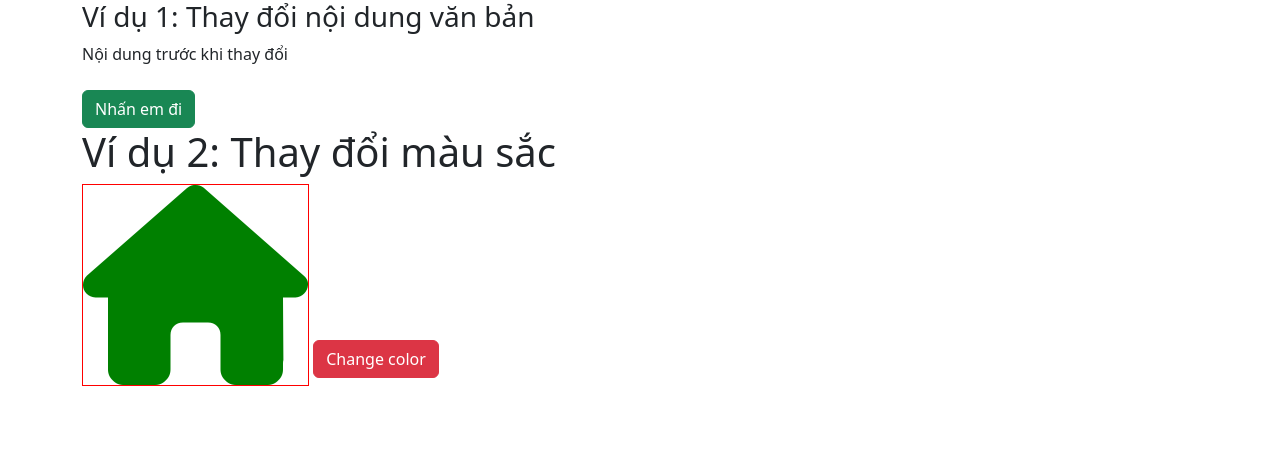
Repository: hcozyph/cyberSoft_JS_fulldocs
Page: JS_2/index.html
These files come from the project's save history. The page is drawn as it stood at one moment and after the next save; the edit follows.
The browser window is 1280 px wide. The pictures show the whole page.
After loading, the first visible `button.btn-danger` was clicked once.

Above is the page before, as saved 2023-01-21 19:04:36.

After the next save:
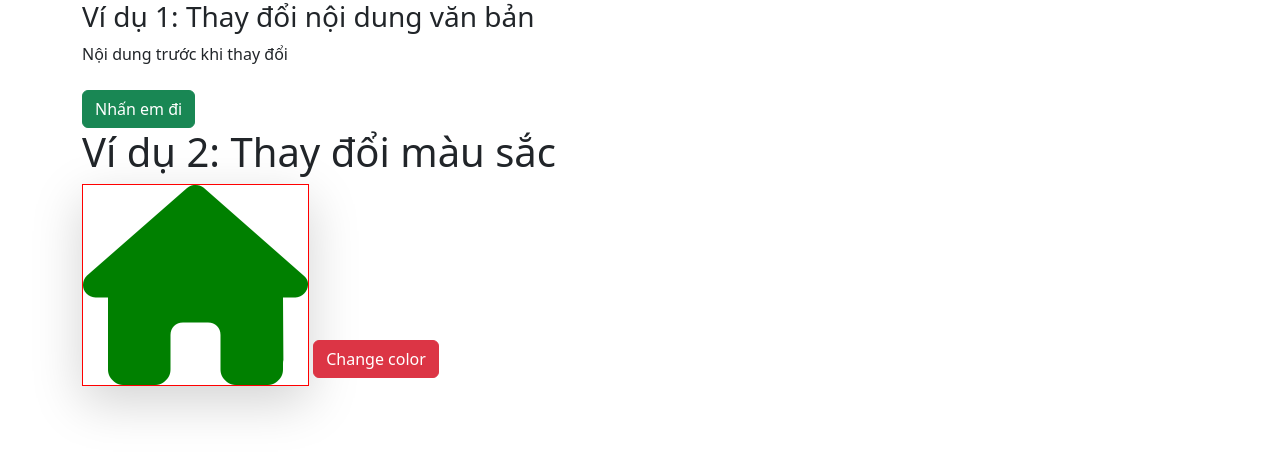
Saved 39 s later.
--- a/JS_2/index.js
+++ b/JS_2/index.js
@@ -13,5 +13,5 @@ function changeColor () {
     // tagHome.style.fontSize = '200px';
 
     //Thay đổi class
-        tagHome.className = 'fa fa-home big-home';
+        tagHome.className = 'fa fa-home big-home shadow-lg';
 }
